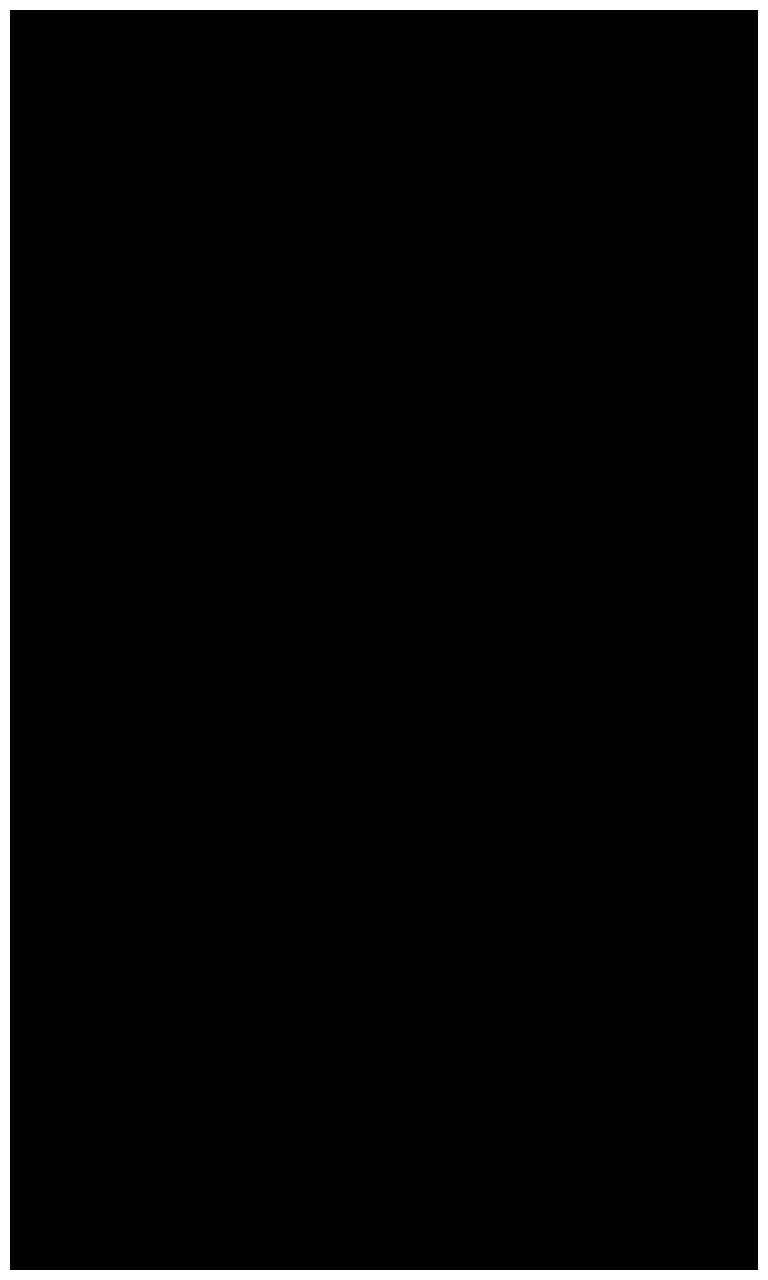
Repository: Ollyder/eclipse_work
Layout: WIFI_PM2.5(UI)/res/layout/activity_main.xml
The author's editor kept a copy of each file at every save. The layout is drawn from the files as they stood at one save, then again after the next save.
It is drawn on a 768 x 1280 px phone screen (xhdpi) without system bars, with theme AppTheme; the app's code is not run.

Above is the layout before, as saved 2017-05-27 03:24:52.

After the next save:
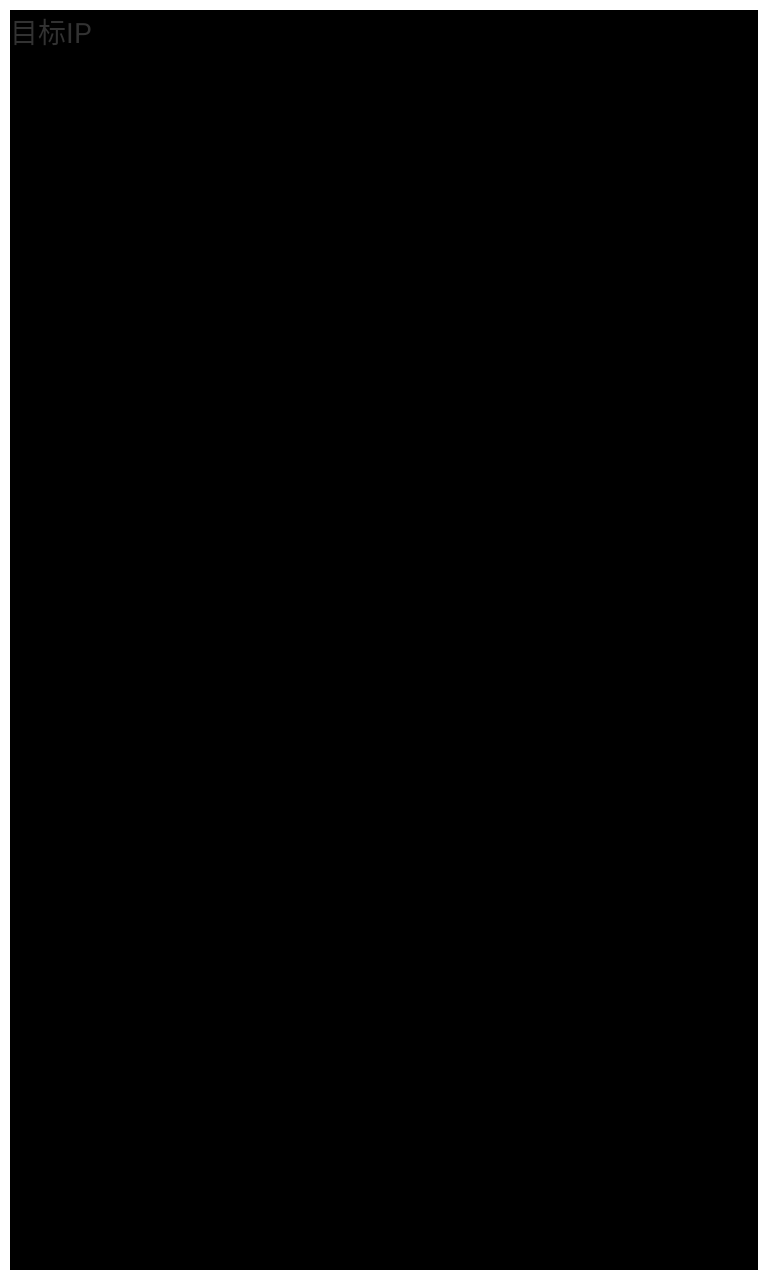
Saved 94 s later.
--- a/WIFI_PM2.5(UI)/res/layout/activity_main.xml
+++ b/WIFI_PM2.5(UI)/res/layout/activity_main.xml
@@ -13,6 +13,11 @@
         android:orientation="vertical"
         android:layout_margin="5sp">
 
+        <TextView
+            android:layout_width="wrap_content"
+            android:layout_height="wrap_content"
+            android:text="目标IP"/>
+
     </LinearLayout>
 
 
